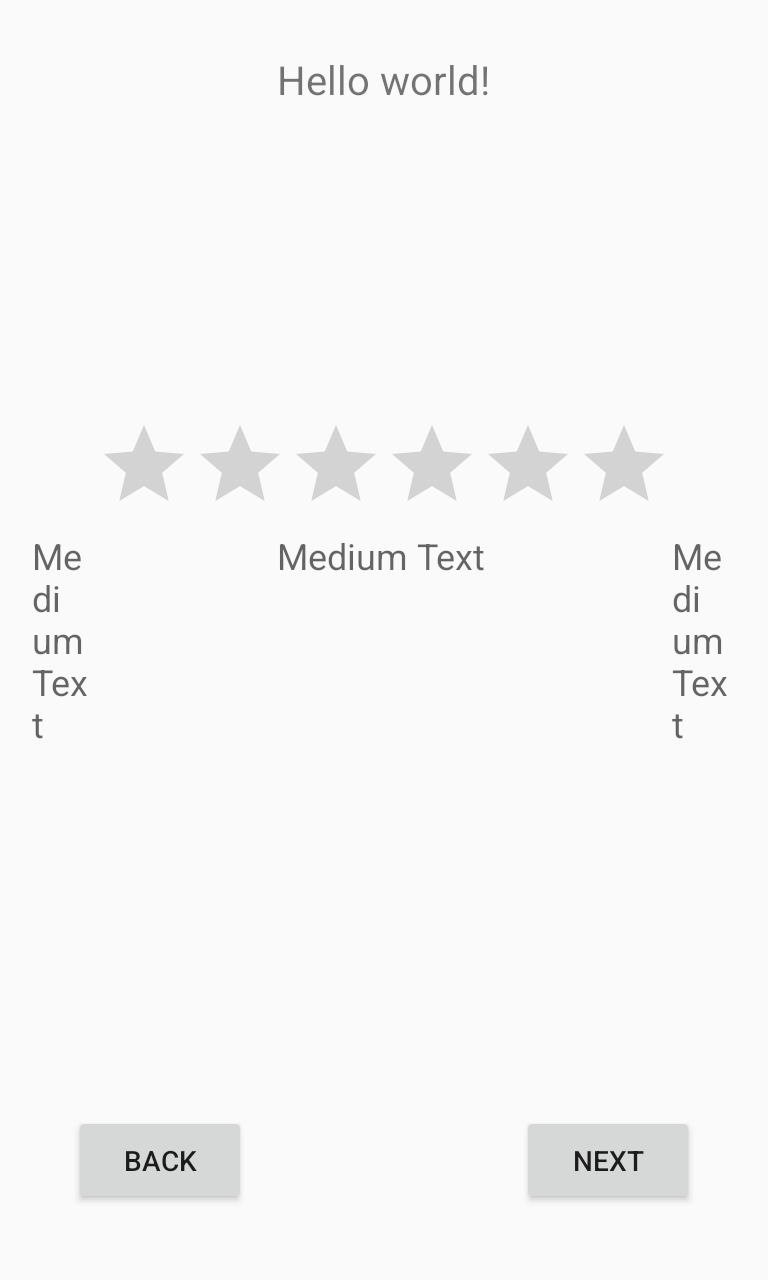
Repository: stevelyall/ERapp
Layout: ERsurvey/res/layout/activity_survey.xml
An editor plug-in stored every save of this project. The layout is shown before and after the next save, followed by the edit.
It is drawn on a 768 x 1280 px phone screen (xhdpi) without system bars, with theme AppTheme; the app's code is not run.

Above is the layout before, as saved 2014-10-26 01:35:29.

### ERsurvey/res/layout/activity_survey.xml
<RelativeLayout xmlns:android="http://schemas.android.com/apk/res/android"
    xmlns:tools="http://schemas.android.com/tools"
    android:layout_width="match_parent"
    android:layout_height="match_parent"
    android:paddingBottom="@dimen/activity_vertical_margin"
    android:paddingLeft="@dimen/activity_horizontal_margin"
    android:paddingRight="@dimen/activity_horizontal_margin"
    android:paddingTop="@dimen/activity_vertical_margin"
    tools:context="ca.stevenlyall.ersurvey.MainActivity" >

    <Button
        android:id="@+id/backButton"
        android:layout_width="wrap_content"
        android:layout_height="wrap_content"
        android:layout_alignParentBottom="true"
        android:layout_alignParentLeft="true"
        android:layout_marginBottom="20dp"
        android:layout_marginLeft="20dp"
        android:text="@string/back" />

    <Button
        android:id="@+id/nextButton"
        android:layout_width="wrap_content"
        android:layout_height="wrap_content"
        android:layout_alignBaseline="@id/backButton"
        android:layout_alignBottom="@id/backButton"
        android:layout_alignParentRight="true"
        android:layout_marginRight="20dp"
        android:text="@string/next" />

    <RatingBar
        android:id="@+id/rating"
        android:layout_width="wrap_content"
        android:layout_height="wrap_content"
        android:layout_above="@+id/lowDesc"
        android:layout_centerHorizontal="true"
        android:indeterminate="false"
        android:numStars="6"
        android:stepSize="1.0" />

    <TextView
        android:id="@+id/highDesc"
        android:layout_width="wrap_content"
        android:layout_height="wrap_content"
        android:layout_below="@+id/rating"
        android:layout_toRightOf="@+id/rating"
        android:text="Medium Text"
        android:textAppearance="?android:attr/textAppearanceMedium" />

    <TextView
        android:id="@+id/questionTextView"
        android:layout_width="wrap_content"
        android:layout_height="wrap_content"
        android:layout_alignParentTop="true"
        android:layout_centerHorizontal="true"
        android:layout_marginTop="10dp"
        android:gravity="center_horizontal"
        android:text="@string/hello_world"
        android:textSize="20sp" />

    <TextView
        android:id="@+id/medDesc"
        android:layout_width="wrap_content"
        android:layout_height="wrap_content"
        android:layout_alignLeft="@+id/questionTextView"
        android:layout_below="@+id/rating"
        android:text="Medium Text"
        android:textAppearance="?android:attr/textAppearanceMedium" />

    <TextView
        android:id="@+id/lowDesc"
        android:layout_width="wrap_content"
        android:layout_height="wrap_content"
        android:layout_centerVertical="true"
        android:layout_toLeftOf="@+id/rating"
        android:text="Medium Text"
        android:textAppearance="?android:attr/textAppearanceMedium" />

</RelativeLayout>

### ERsurvey/res/values/strings.xml
<?xml version="1.0" encoding="utf-8"?>
<resources>

    <string name="app_name">ERsurvey</string>
    <string name="hello_world">Hello world!</string>
    <string name="action_settings">Settings</string>
    <string name="back">Back</string>
    <string name="next">Next</string>

</resources>

Loaded but not shown: ERsurvey/res/values/styles.xml (common file); ERsurvey/res/values-v11/styles.xml (common file); ERsurvey/res/values-v14/styles.xml (common file); ERsurvey/res/values/dimens.xml (common file); ERsurvey/res/values-w820dp/dimens.xml (common file)

After the next save:
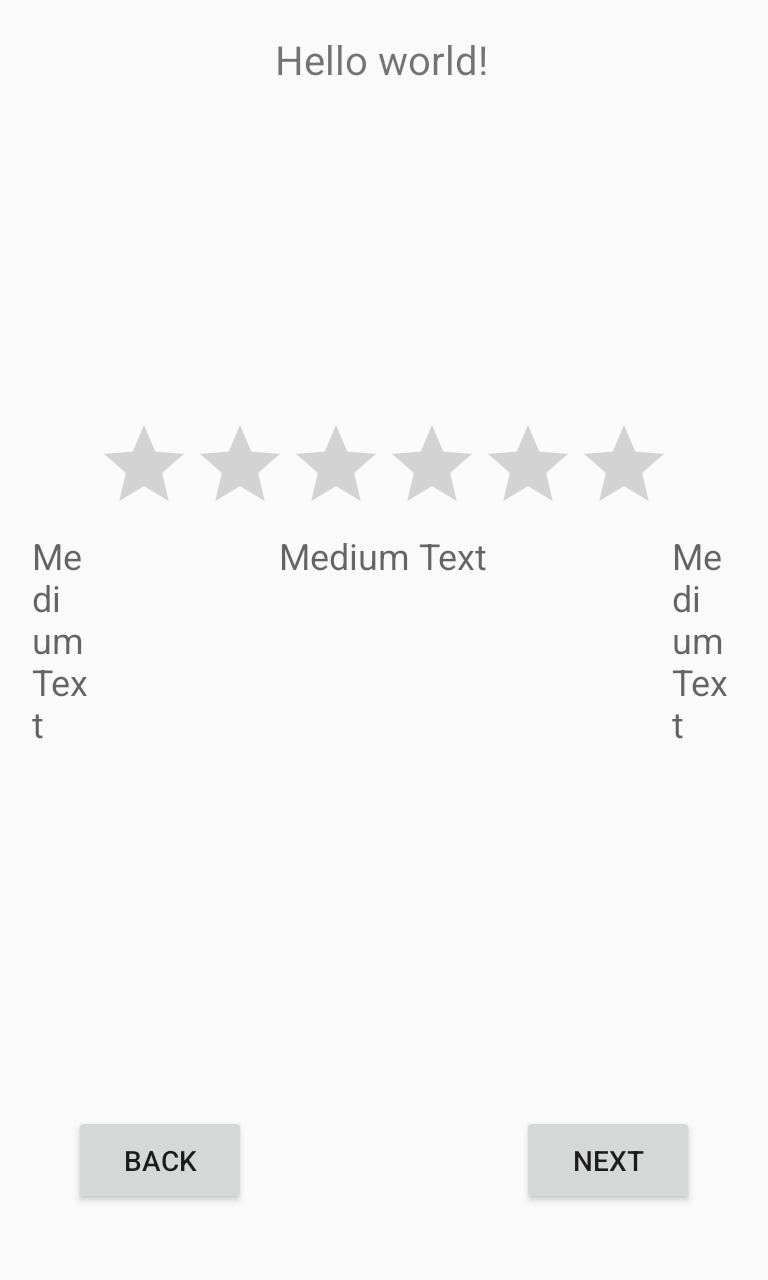
Saved 4 min 33 s later.
--- a/ERsurvey/res/layout/activity_survey.xml
+++ b/ERsurvey/res/layout/activity_survey.xml
@@ -39,6 +39,24 @@
         android:stepSize="1.0" />
 
     <TextView
+        android:id="@+id/lowDesc"
+        android:layout_width="wrap_content"
+        android:layout_height="wrap_content"
+        android:layout_centerVertical="true"
+        android:layout_toLeftOf="@+id/rating"
+        android:text="Medium Text"
+        android:textAppearance="?android:attr/textAppearanceMedium" />
+
+    <TextView
+        android:id="@+id/medDesc"
+        android:layout_width="wrap_content"
+        android:layout_height="wrap_content"
+        android:layout_below="@+id/rating"
+        android:layout_centerHorizontal="true"
+        android:text="Medium Text"
+        android:textAppearance="?android:attr/textAppearanceMedium" />
+
+    <TextView
         android:id="@+id/highDesc"
         android:layout_width="wrap_content"
         android:layout_height="wrap_content"
@@ -52,28 +70,9 @@
         android:layout_width="wrap_content"
         android:layout_height="wrap_content"
         android:layout_alignParentTop="true"
-        android:layout_centerHorizontal="true"
-        android:layout_marginTop="10dp"
+        android:layout_alignRight="@+id/medDesc"
         android:gravity="center_horizontal"
         android:text="@string/hello_world"
         android:textSize="20sp" />
 
-    <TextView
-        android:id="@+id/medDesc"
-        android:layout_width="wrap_content"
-        android:layout_height="wrap_content"
-        android:layout_alignLeft="@+id/questionTextView"
-        android:layout_below="@+id/rating"
-        android:text="Medium Text"
-        android:textAppearance="?android:attr/textAppearanceMedium" />
-
-    <TextView
-        android:id="@+id/lowDesc"
-        android:layout_width="wrap_content"
-        android:layout_height="wrap_content"
-        android:layout_centerVertical="true"
-        android:layout_toLeftOf="@+id/rating"
-        android:text="Medium Text"
-        android:textAppearance="?android:attr/textAppearanceMedium" />
-
 </RelativeLayout>
